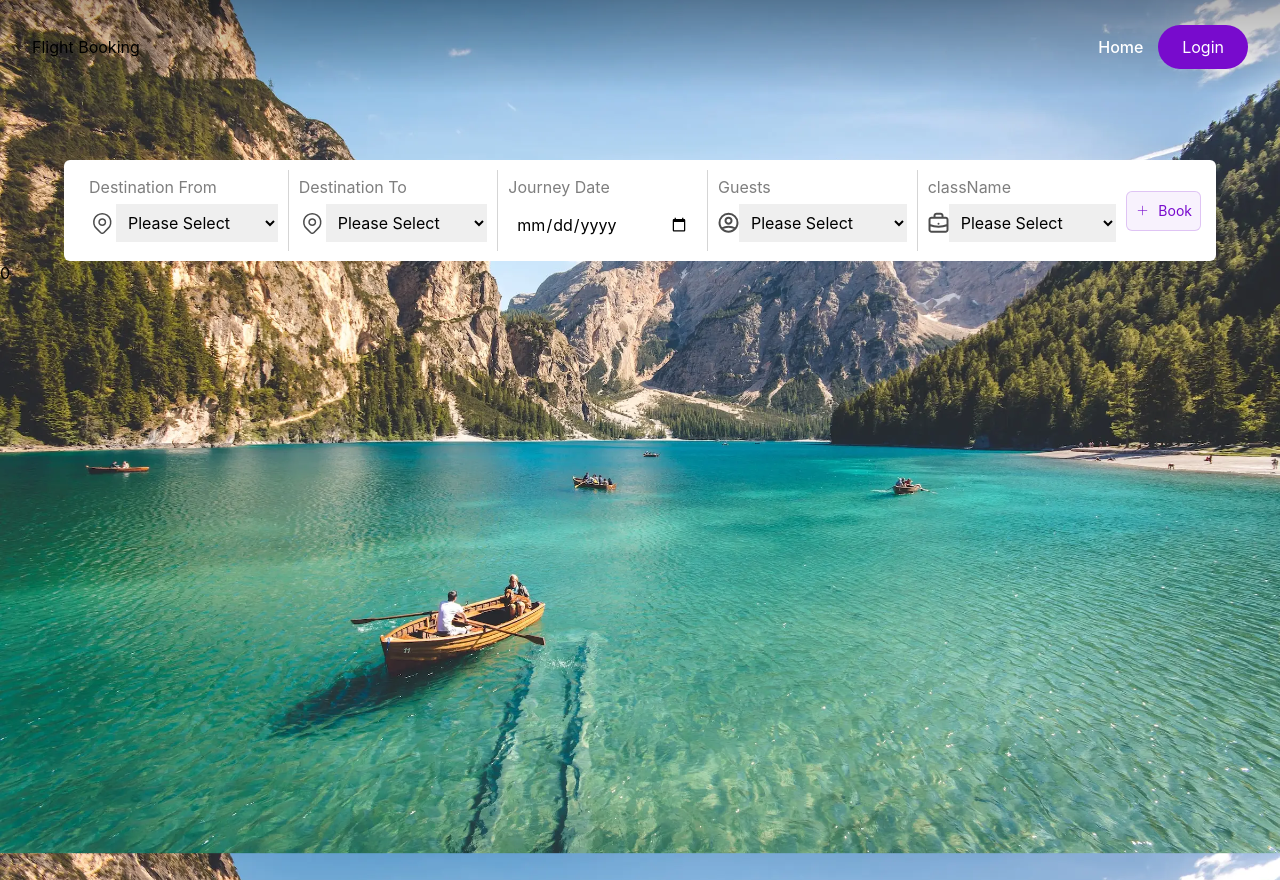
Repository: Wahid137/flight-booking-redux
Page: /
These files come from the project's save history. The page is drawn as it stood at one moment and after the next save; the edit follows.
The browser window is 1280 px wide. The pictures show the whole page.
Backgrounds fixed to the window are drawn as part of the page. Some web libraries are served in a nearby version. The project was rebuilt for these pictures with package versions that can differ from the ones it lists, and the page was loaded fresh each time. Also part of the build but not shown: vite.config.js, src/components/TableHead.jsx, src/components/TableRow.jsx, src/index.css.

Above is the page before, as saved 2023-11-11 14:52:43.

### index.html
<!doctype html>
<html lang="en">
  <head>
    <meta charset="UTF-8" />
    <link rel="icon" type="image/svg+xml" href="/vite.svg" />
    <meta name="viewport" content="width=device-width, initial-scale=1.0" />
    <!-- <script src="https://cdn.tailwindcss.com"></script> -->
    <title>Flight Booking Application</title>
  </head>
  <body>
    <div id="root"></div>
    <script type="module" src="/src/main.jsx"></script>
  </body>
</html>

### src/main.jsx
import React from "react";
import ReactDOM from "react-dom/client";
import App from "./App.jsx";
import "./index.css";
import { Toaster } from "react-hot-toast";

ReactDOM.createRoot(document.getElementById("root")).render(
  <React.StrictMode>
    <App />
    <Toaster />
  </React.StrictMode>
);

### src/App.jsx
import { Provider } from "react-redux";
import store from "./redux/store";
import Header from "./components/Header";
import "./App.css";
import Book from "./components/Book";
import Table from "./components/Table";

function App() {
  return (
    <Provider store={store}>
      <Header />
      <section>
        <Book />
        <Table />
      </section>
    </Provider>
  );
}

export default App;

### src/redux/store.jsx
import { legacy_createStore as createStore } from "redux";
import bookingReducer from "./counter/bookingReducer";

const store = createStore(bookingReducer);

export default store;

### src/components/Header.jsx
const Header = () => {
  return (
    <div>
      <header id="header">
        <div className="container">
          <h1 className="text-4xl">Flight Booking</h1>
          <div className="flex items-center">
            <a className="text-white min-w-[50px] font-medium" href="#">
              Home
            </a>
            <button className="log-btn btn">Login</button>
          </div>
        </div>
      </header>
    </div>
  );
};

export default Header;

### src/components/Book.jsx
import { useState } from "react";
import frame1 from "../assets/img/icons/Frame.svg";
import vector1 from "../assets/img/icons/Vector (1).svg";
import vector3 from "../assets/img/icons/Vector (3).svg";
import { useDispatch, useSelector } from "react-redux";
import { makeBooking } from "../redux/counter/actions";
import toast from "react-hot-toast";

const Book = () => {
  const data = useSelector((state) => state.data);

  const size = data.length;
  const dispatch = useDispatch();
  const [bookingData, setBookingData] = useState({});

  const handleBooking = (event) => {
    event.preventDefault();
    if (size >= 3) {
      toast.error("Sorry, you can not book more than 3");
    } else {
      dispatch(makeBooking({ ...bookingData, id: size + 1 }));
      toast.success("Booking Successfully Done!");
    }
  };

  const handleInputBlur = (event) => {
    const field = event.target.name;
    const value = event.target.value;
    const newBooking = { ...bookingData };
    newBooking[field] = value;
    setBookingData(newBooking);
  };

  return (
    <div className="mt-[160px] mx-4 md:mt-[160px] relative">
      <div className="bg-white rounded-md max-w-6xl w-full mx-auto">
        <form onSubmit={handleBooking} className="first-hero lws-inputform">
          <div className="des-from">
            <p>Destination From</p>
            <div className="flex flex-row">
              <img src={frame1} alt="" />
              <select
                className="outline-none px-2 py-2 w-full"
                name="from"
                id="lws-from"
                required
                onBlur={handleInputBlur}
              >
                <option value="" hidden>
                  Please Select
                </option>
                <option>Dhaka</option>
                <option>Sylhet</option>
                <option>Saidpur</option>
                <option>Coxs Bazar</option>
              </select>
            </div>
          </div>

          <div className="des-from">
            <p>Destination To</p>
            <div className="flex flex-row">
              <img src={frame1} alt="" />
              <select
                className="outline-none px-2 py-2 w-full"
                name="to"
                id="lws-to"
                required
                onBlur={handleInputBlur}
              >
                <option value="" hidden>
                  Please Select
                </option>
                <option>Dhaka</option>
                <option>Sylhet</option>
                <option>Saidpur</option>
                <option>Coxs Bazar</option>
              </select>
            </div>
          </div>

          <div className="des-from">
            <p>Journey Date</p>
            <input
              type="date"
              className="outline-none px-2 py-2 w-full date"
              name="date"
              id="lws-date"
              required
              onBlur={handleInputBlur}
            />
          </div>

          <div className="des-from">
            <p>Guests</p>
            <div className="flex flex-row">
              <img src={vector1} alt="" />
              <select
                className="outline-none px-2 py-2 w-full"
                name="guests"
                id="lws-guests"
                required
                onBlur={handleInputBlur}
              >
                <option value="" hidden>
                  Please Select
                </option>
                <option value="1">1 Person</option>
                <option value="2">2 Persons</option>
                <option value="3">3 Persons</option>
                <option value="4">4 Persons</option>
              </select>
            </div>
          </div>

          <div className="des-from !border-r-0">
            <p>className</p>
            <div className="flex flex-row">
              <img src={vector3} alt="" />
              <select
                className="outline-none px-2 py-2 w-full"
                name="ticketclassName"
                id="lws-ticketclassName"
                required
                onBlur={handleInputBlur}
              >
                <option value="" hidden>
                  Please Select
                </option>
                <option>Business</option>
                <option>Economy</option>
              </select>
            </div>
          </div>

          <button className="addCity" type="submit" id="lws-addCity">
            <svg
              width="15px"
              height="15px"
              fill="none"
              viewBox="0 0 24 24"
              stroke="currentColor"
            >
              <path d="M12 4.5v15m7.5-7.5h-15" />
            </svg>
            <span className="text-sm">Book</span>
          </button>
        </form>
      </div>
    </div>
  );
};

export default Book;

### src/components/Table.jsx
import { useSelector } from "react-redux";
import TableHead from "./TableHead";
import TableRow from "./TableRow";

const Table = () => {
  const data = useSelector((state) => state.data);

  return (
    <>
      {data.length && (
        <div className="table-container">
          <table className="booking-table">
            <TableHead />
            <tbody
              className="divide-y divide-gray-300/20"
              id="lws-previewBooked"
            >
              {data.map((data, i) => {
                return <TableRow key={i} data={data} />;
              })}
            </tbody>
          </table>
        </div>
      )}
    </>
  );
};

export default Table;

### src/redux/counter/bookingReducer.jsx
import { BOOKING, DELETE } from "./actionTypes";

const initialState = {
  data: [],
};

const bookingReducer = (state = initialState, action) => {
  switch (action.type) {
    case BOOKING:
      const newData = [...state.data];
      newData.push(action.payload);
      return {
        data: newData,
      };
    case DELETE:
      const filteredData = state.data.filter((d) => d.id !== action.payload);
      return {
        data: filteredData,
      };
    default:
      return state;
  }
};

export default bookingReducer;

### src/redux/counter/actions.jsx
import { BOOKING, DELETE } from "./actionTypes";

export const makeBooking = (data) => {
  console.log(data);
  return {
    type: BOOKING,
    payload: data,
  };
};

export const removeItem = (id) => {
  return {
    type: DELETE,
    payload: id,
  };
};

### src/redux/counter/actionTypes.jsx
export const BOOKING = "booking";
export const DELETE = "delete";

Loaded but not shown: src/App.css (955 lines, source omitted)

After the next save:
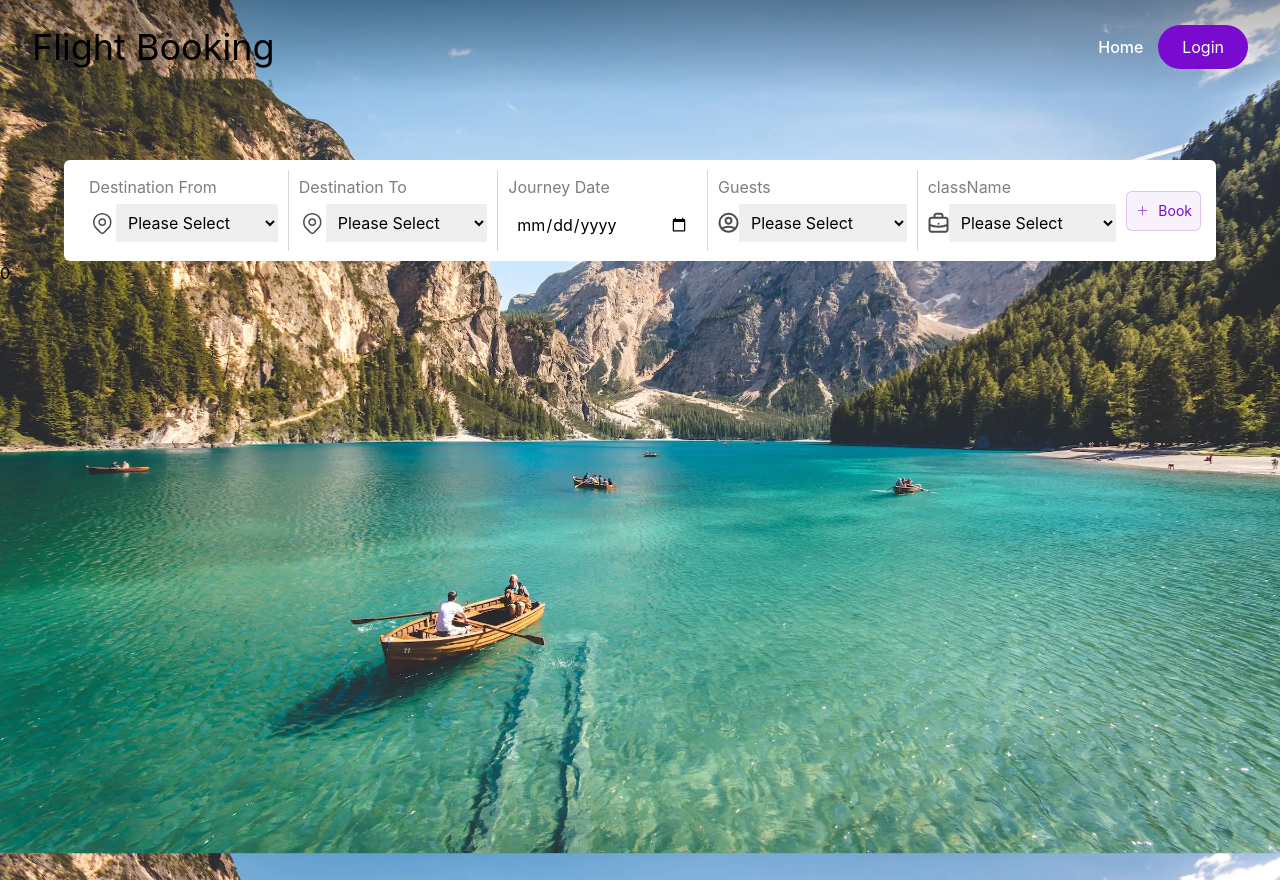
Saved 10 s later.
--- a/index.html
+++ b/index.html
@@ -4,7 +4,7 @@
     <meta charset="UTF-8" />
     <link rel="icon" type="image/svg+xml" href="/vite.svg" />
     <meta name="viewport" content="width=device-width, initial-scale=1.0" />
-    <!-- <script src="https://cdn.tailwindcss.com"></script> -->
+    <script src="https://cdn.tailwindcss.com"></script>
     <title>Flight Booking Application</title>
   </head>
   <body>
